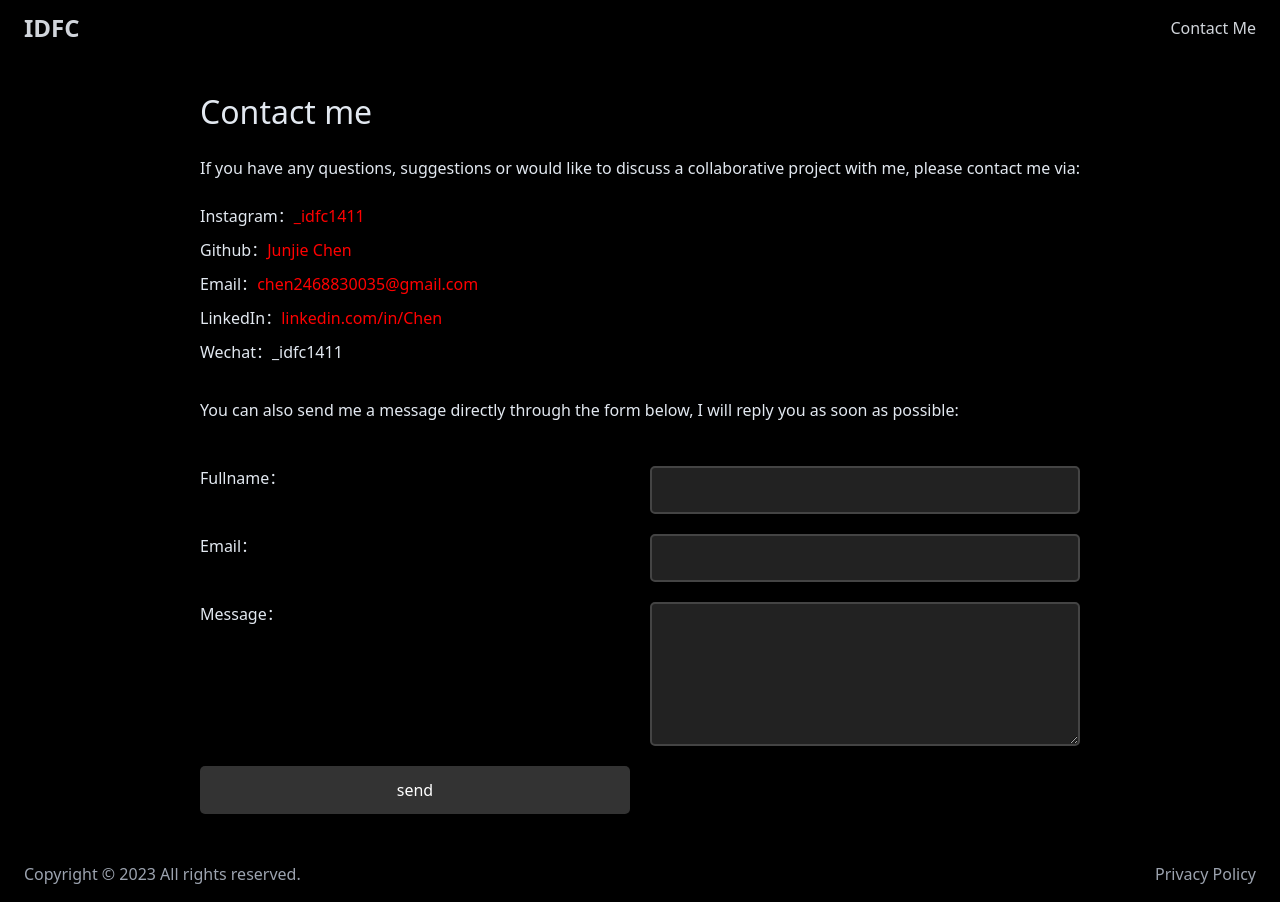
Repository: skybainiao/HackerStarter
Page: htmlFile/me.html
These files come from the project's save history. The page is drawn as it stood at one moment and after the next save; the edit follows.
The browser window is 1280 px wide. The pictures show the whole page.

Above is the page before, as saved 2023-04-09 18:03:19.

After the next save:
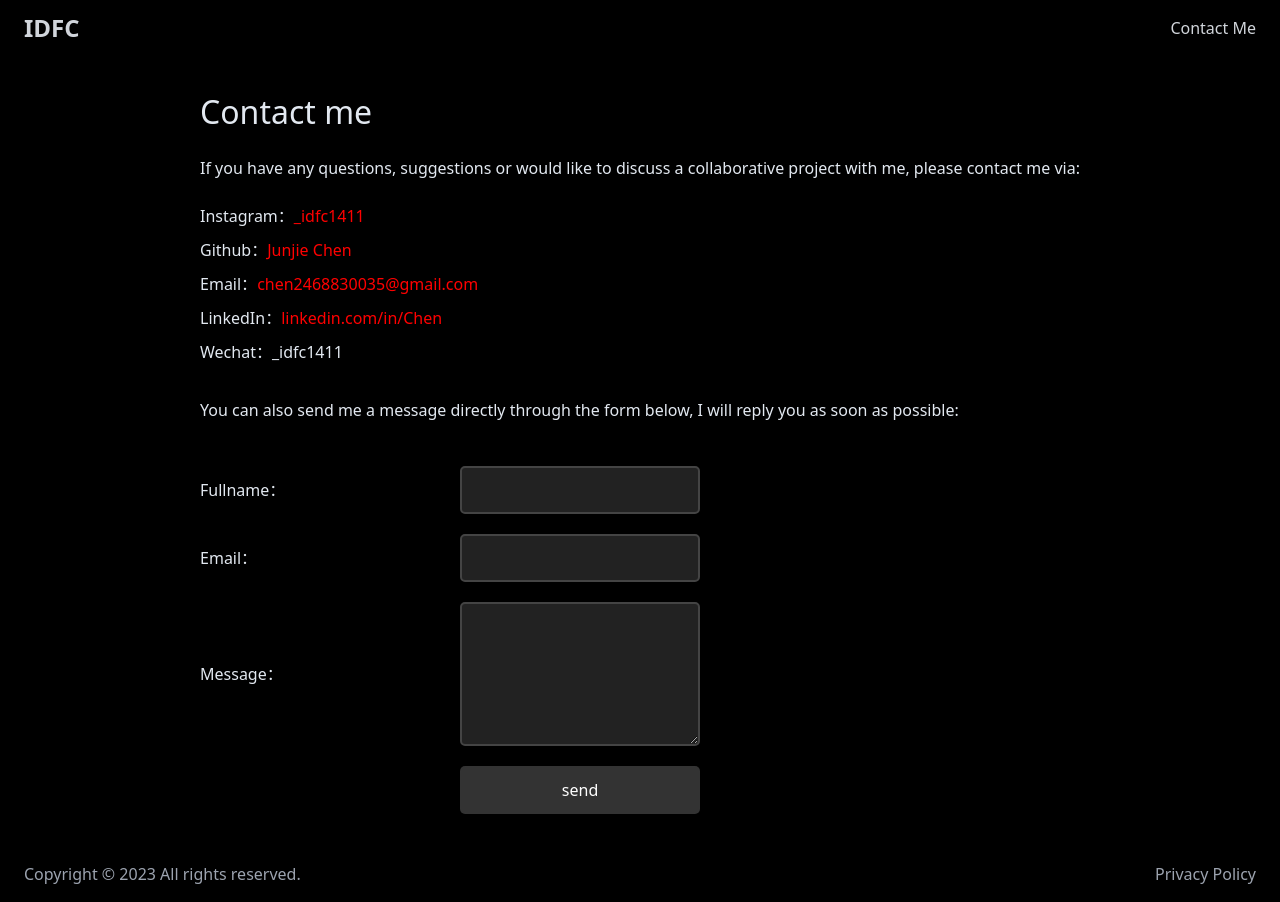
Saved 88 s later.
--- a/htmlFile/me.html
+++ b/htmlFile/me.html
@@ -87,7 +87,28 @@
 
 
 /* 自定义按钮样式 */
-#send {
+form {
+    display: grid;
+    grid-template-columns: auto 1fr;
+    gap: 10px;
+    max-width: 500px; /* 设置表单的最大宽度 */
+    margin-left: 0; /* 设置表单左边距为0 */
+}
+
+form label {
+    text-align: left; /* 将标签文本向左对齐 */
+    padding-right: 10px;
+    align-self: center;
+}
+
+form input,
+form textarea,
+form button {
+    width: 100%;
+}
+
+form button {
+    grid-column: 2;
     background-color: #333;
     color: #fff;
     padding: 12px 24px;
@@ -98,10 +119,10 @@
     transition: background-color 0.3s;
 }
 
-/* 悬停效果 */
-#send:hover {
+form button:hover {
     background-color: #555;
 }
+
 
 
 

After the save that followed:
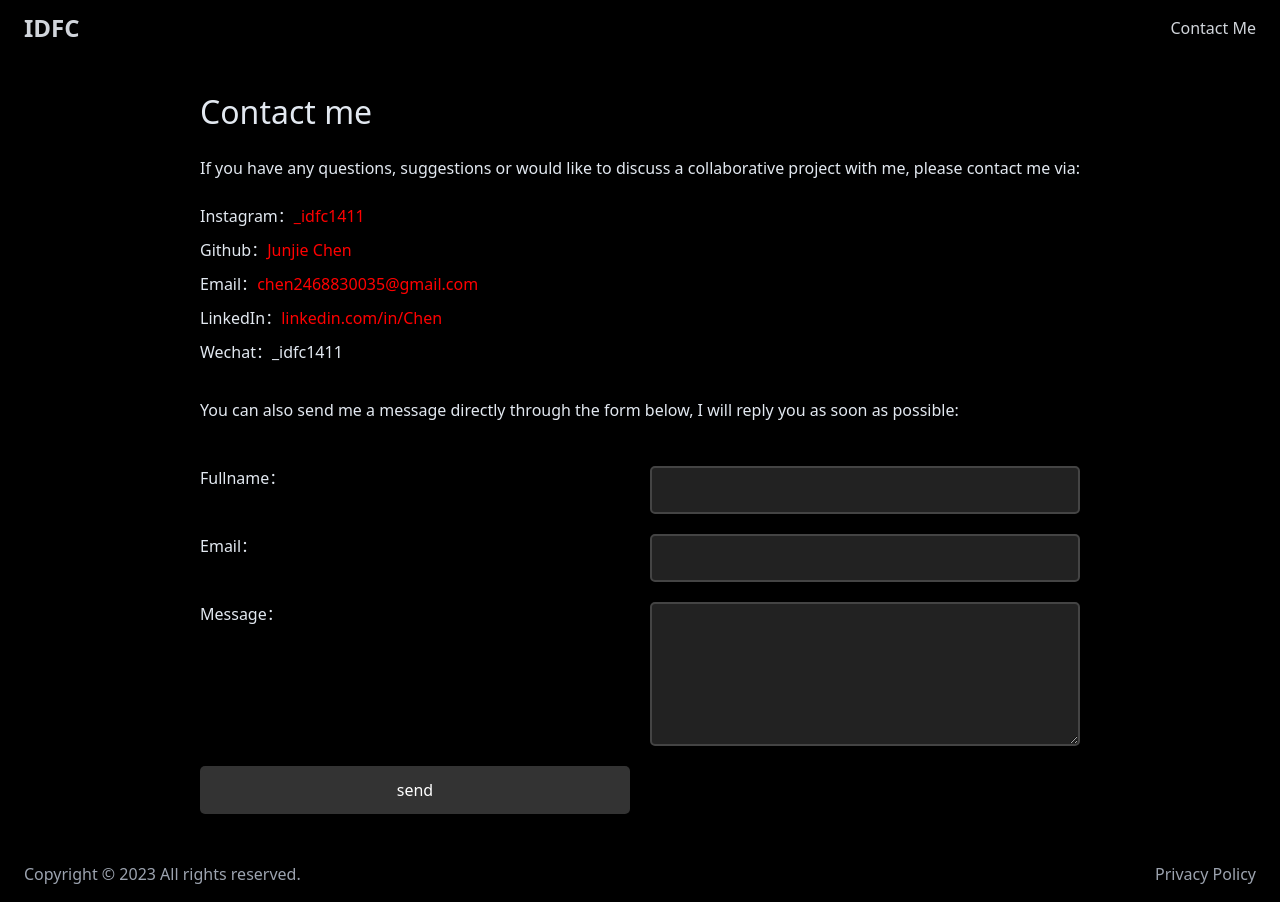
Saved 83 s later.
--- a/htmlFile/me.html
+++ b/htmlFile/me.html
@@ -87,28 +87,7 @@
 
 
 /* 自定义按钮样式 */
-form {
-    display: grid;
-    grid-template-columns: auto 1fr;
-    gap: 10px;
-    max-width: 500px; /* 设置表单的最大宽度 */
-    margin-left: 0; /* 设置表单左边距为0 */
-}
-
-form label {
-    text-align: left; /* 将标签文本向左对齐 */
-    padding-right: 10px;
-    align-self: center;
-}
-
-form input,
-form textarea,
-form button {
-    width: 100%;
-}
-
-form button {
-    grid-column: 2;
+#send {
     background-color: #333;
     color: #fff;
     padding: 12px 24px;
@@ -119,10 +98,10 @@
     transition: background-color 0.3s;
 }
 
-form button:hover {
+/* 悬停效果 */
+#send:hover {
     background-color: #555;
 }
-
 
 
 
